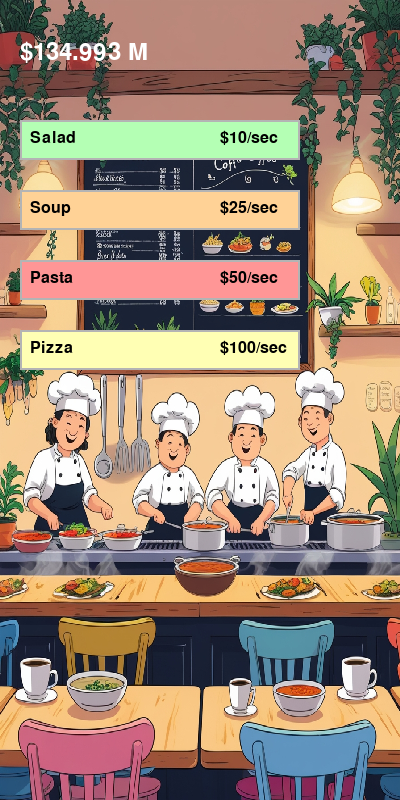
Repository: jontslater/idleclicker
Script's output: python main.py
These files come from the project's save history. The script's output is drawn as it stood at one moment and after the next save; the edit follows.
The window is shown after at most 60 frames with no key pressed. Random numbers start from a fixed seed. It also reads Leonardo_Phoenix_10_A_cozy_cartoonstyle_restaurant_interior_wa_1.jpg.

Above is the script's output before, as saved 2025-04-14 13:51:52.

### main.py
import pygame
import os

pygame.init()

# Screen setup for phone dimensions
SCREEN_WIDTH, SCREEN_HEIGHT = 400, 800
screen = pygame.display.set_mode((SCREEN_WIDTH, SCREEN_HEIGHT))
pygame.display.set_caption("Idle Restaurant")

background = pygame.image.load("C:/Users/lisaa/workspace/idleclicker/Leonardo_Phoenix_10_A_cozy_cartoonstyle_restaurant_interior_wa_1.jpg")
background = pygame.transform.scale(background, (SCREEN_WIDTH, SCREEN_HEIGHT))

# Fonts and colors
font_small = pygame.font.Font(None, 24)
font_large = pygame.font.Font(None, 36)
WHITE = (255, 255, 255)
BLACK = (0, 0, 0)
GRAY = (180, 180, 180)
GREEN = (100, 255, 100)

# Station data
stations = [
    {"name": "Salad", "value": 10, "progress": 0, "max": 300, "color": (180, 255, 180)},
    {"name": "Soup", "value": 25, "progress": 0, "max": 250, "color": (255, 210, 150)},
    {"name": "Pasta", "value": 50, "progress": 0, "max": 200, "color": (255, 150, 150)},
    {"name": "Pizza", "value": 100, "progress": 0, "max": 180, "color": (255, 255, 180)},
]

def draw_ui():
    screen.blit(background, (0, 0))
    y_offset = 120

    # Draw header
    header = font_large.render("$134.993 M", True, WHITE)
    screen.blit(header, (20, 40))

    # Draw stations
    for i, station in enumerate(stations):
        # Progress fill
        progress_width = (station["progress"] / station["max"]) * 280
        pygame.draw.rect(screen, GREEN, (20, y_offset, progress_width, 40))

        # Base color on top with border
        pygame.draw.rect(screen, station["color"], (20, y_offset, 280, 40))
        pygame.draw.rect(screen, GRAY, (20, y_offset, 280, 40), 2)

        # Text
        name = font_small.render(station["name"], True, BLACK)
        screen.blit(name, (30, y_offset + 10))

        income = font_small.render(f"${station['value']}/sec", True, BLACK)
        screen.blit(income, (220, y_offset + 10))

        y_offset += 70


# Game loop
clock = pygame.time.Clock()
running = True
while running:
    clock.tick(60)
    for event in pygame.event.get():
        if event.type == pygame.QUIT:
            running = False

    # Update logic (example: increase progress)
    for station in stations:
        station["progress"] += 1
        if station["progress"] >= station["max"]:
            station["progress"] = 0
            # Here you could increase money by station['value']

    draw_ui()
    pygame.display.flip()

pygame.quit()

After the next save:
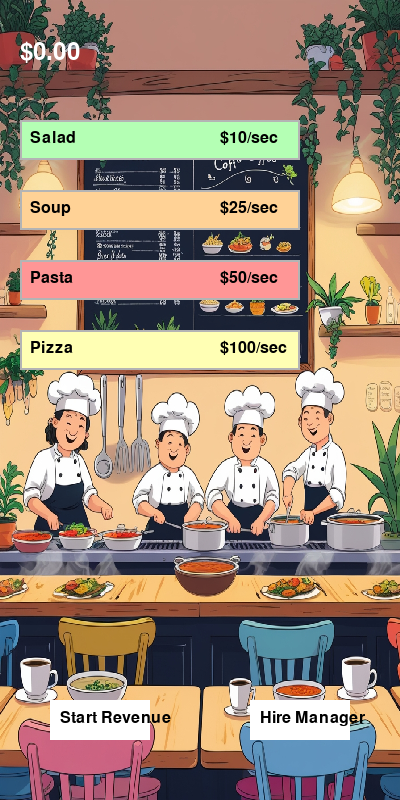
Saved 2 min 34 s later.
--- a/main.py
+++ b/main.py
@@ -18,21 +18,29 @@ WHITE = (255, 255, 255)
 BLACK = (0, 0, 0)
 GRAY = (180, 180, 180)
 GREEN = (100, 255, 100)
+RED = (255, 0, 0)
 
 # Station data
 stations = [
-    {"name": "Salad", "value": 10, "progress": 0, "max": 300, "color": (180, 255, 180)},
-    {"name": "Soup", "value": 25, "progress": 0, "max": 250, "color": (255, 210, 150)},
-    {"name": "Pasta", "value": 50, "progress": 0, "max": 200, "color": (255, 150, 150)},
-    {"name": "Pizza", "value": 100, "progress": 0, "max": 180, "color": (255, 255, 180)},
+    {"name": "Salad", "value": 10, "progress": 0, "max": 300, "color": (180, 255, 180), "manager": False},
+    {"name": "Soup", "value": 25, "progress": 0, "max": 250, "color": (255, 210, 150), "manager": False},
+    {"name": "Pasta", "value": 50, "progress": 0, "max": 200, "color": (255, 150, 150), "manager": False},
+    {"name": "Pizza", "value": 100, "progress": 0, "max": 180, "color": (255, 255, 180), "manager": False},
 ]
+
+# Player money
+player_money = 0
+
+# Button setup
+button_start = pygame.Rect(50, 700, 100, 40)
+button_manager = pygame.Rect(250, 700, 100, 40)
 
 def draw_ui():
     screen.blit(background, (0, 0))
     y_offset = 120
 
     # Draw header
-    header = font_large.render("$134.993 M", True, WHITE)
+    header = font_large.render(f"${player_money:,.2f}", True, WHITE)
     screen.blit(header, (20, 40))
 
     # Draw stations
@@ -52,7 +60,42 @@ def draw_ui():
         income = font_small.render(f"${station['value']}/sec", True, BLACK)
         screen.blit(income, (220, y_offset + 10))
 
+        # Manager status
+        if station["manager"]:
+            manager_text = font_small.render("Manager Hired", True, RED)
+            screen.blit(manager_text, (220, y_offset + 30))
+
         y_offset += 70
+
+    # Draw buttons
+    pygame.draw.rect(screen, WHITE, button_start)
+    start_text = font_small.render("Start Revenue", True, BLACK)
+    screen.blit(start_text, (button_start.x + 10, button_start.y + 10))
+
+    pygame.draw.rect(screen, WHITE, button_manager)
+    manager_text = font_small.render("Hire Manager", True, BLACK)
+    screen.blit(manager_text, (button_manager.x + 10, button_manager.y + 10))
+
+
+def handle_buttons():
+    global player_money
+
+    mouse_x, mouse_y = pygame.mouse.get_pos()
+
+    if button_start.collidepoint(mouse_x, mouse_y) and pygame.mouse.get_pressed()[0]:
+        # Start revenue generation for each station
+        for station in stations:
+            if not station["manager"]:
+                station["progress"] += station["value"]
+                player_money += station["value"]
+
+    if button_manager.collidepoint(mouse_x, mouse_y) and pygame.mouse.get_pressed()[0]:
+        # Hire a manager for the first available station
+        for station in stations:
+            if not station["manager"] and player_money >= station["value"]:
+                station["manager"] = True
+                player_money -= station["value"]
+                break
 
 
 # Game loop
@@ -64,12 +107,16 @@ while running:
         if event.type == pygame.QUIT:
             running = False
 
-    # Update logic (example: increase progress)
+    # Handle button clicks
+    handle_buttons()
+
+    # Update logic (example: increase progress automatically if manager is hired)
     for station in stations:
-        station["progress"] += 1
-        if station["progress"] >= station["max"]:
-            station["progress"] = 0
-            # Here you could increase money by station['value']
+        if station["manager"]:
+            station["progress"] += station["value"]
+            if station["progress"] >= station["max"]:
+                station["progress"] = 0
+                player_money += station["value"]
 
     draw_ui()
     pygame.display.flip()
